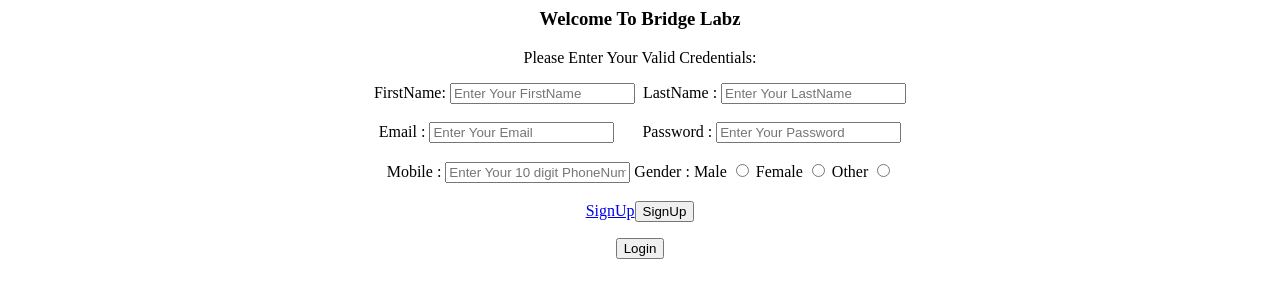
Repository: msibgathulla9980/Servlet
Page: LoginRegistrationApp/WebContent/Registration.html
These files come from the project's save history. The page is drawn as it stood at one moment and after the next save; the edit follows.
The browser window is 1280 px wide. The pictures show the whole page.

Above is the page before, as saved 2019-01-23 05:56:50.

### LoginRegistrationApp/WebContent/Registration.html
<html>
<head>
<h3><b><center>Welcome To Bridge Labz</center></b></h3>
</head>
<title>BridgeLabz Registration</title>
<center><p>Please Enter Your Valid Credentials: </p></center>
<body>
<center>
<form action="Register" method="post">
FirstName: <input type="text" name="firstName" placeholder="Enter Your FirstName" required/>&nbsp
LastName : <input type="text" name="lastName" placeholder="Enter Your LastName" required/><br><br>
Email    : <input type="email" name="email" placeholder="Enter Your Email" required/>&nbsp&nbsp&nbsp&nbsp&nbsp&nbsp
Password : <input type="password" name="password" placeholder="Enter Your Password" required/><br><br>
Mobile   : <input type="text" name="phoneNumber" placeholder="Enter Your 10 digit PhoneNumber" required/>
Gender   :
<label for="male">Male</label>
  <input type="radio" name="gender" id="male" value="male" >
  <label for="female">Female</label>
 <input type="radio" name="gender" id="female" value="female" >
  <label for="other">Other</label>
 <input type="radio" name="gender" id="other" value="other" ><br><br>
 <form action="Signup" method="post">
<a href="login.html" >SignUp<input type="submit" value="SignUp"/></a>
</form>
<a href="login.html" ><input type="submit" value="Login"/></a>
<center>
</body>
</html>

After the next save:
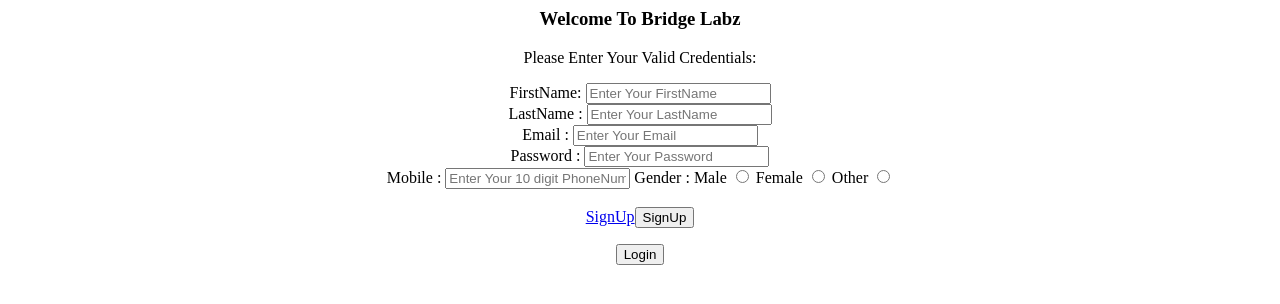
Saved 3 h 36 min later.
--- a/LoginRegistrationApp/WebContent/Registration.html
+++ b/LoginRegistrationApp/WebContent/Registration.html
@@ -7,10 +7,10 @@
 <body>
 <center>
 <form action="Register" method="post">
-FirstName: <input type="text" name="firstName" placeholder="Enter Your FirstName" required/>&nbsp
-LastName : <input type="text" name="lastName" placeholder="Enter Your LastName" required/><br><br>
-Email    : <input type="email" name="email" placeholder="Enter Your Email" required/>&nbsp&nbsp&nbsp&nbsp&nbsp&nbsp
-Password : <input type="password" name="password" placeholder="Enter Your Password" required/><br><br>
+FirstName: <input type="text" name="firstName" placeholder="Enter Your FirstName" required/><br>
+LastName : <input type="text" name="lastName" placeholder="Enter Your LastName" required/><br>
+Email    : <input type="email" name="email" placeholder="Enter Your Email" required/><br>
+Password : <input type="password" name="password" placeholder="Enter Your Password" required/><br>
 Mobile   : <input type="text" name="phoneNumber" placeholder="Enter Your 10 digit PhoneNumber" required/>
 Gender   :
 <label for="male">Male</label>

After the save that followed:
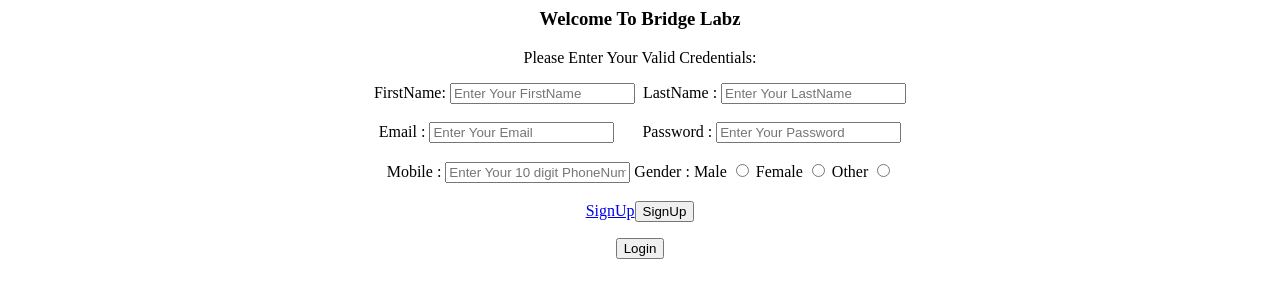
Saved 23 s later.
--- a/LoginRegistrationApp/WebContent/Registration.html
+++ b/LoginRegistrationApp/WebContent/Registration.html
@@ -7,10 +7,10 @@
 <body>
 <center>
 <form action="Register" method="post">
-FirstName: <input type="text" name="firstName" placeholder="Enter Your FirstName" required/><br>
-LastName : <input type="text" name="lastName" placeholder="Enter Your LastName" required/><br>
-Email    : <input type="email" name="email" placeholder="Enter Your Email" required/><br>
-Password : <input type="password" name="password" placeholder="Enter Your Password" required/><br>
+FirstName: <input type="text" name="firstName" placeholder="Enter Your FirstName" required/>&nbsp
+LastName : <input type="text" name="lastName" placeholder="Enter Your LastName" required/><br><br>
+Email    : <input type="email" name="email" placeholder="Enter Your Email" required/>&nbsp&nbsp&nbsp&nbsp&nbsp&nbsp
+Password : <input type="password" name="password" placeholder="Enter Your Password" required/><br><br>
 Mobile   : <input type="text" name="phoneNumber" placeholder="Enter Your 10 digit PhoneNumber" required/>
 Gender   :
 <label for="male">Male</label>
@@ -19,7 +19,7 @@
  <input type="radio" name="gender" id="female" value="female" >
   <label for="other">Other</label>
  <input type="radio" name="gender" id="other" value="other" ><br><br>
- <form action="Signup" method="post">
+ <form action="Register" method="post">
 <a href="login.html" >SignUp<input type="submit" value="SignUp"/></a>
 </form>
 <a href="login.html" ><input type="submit" value="Login"/></a>
